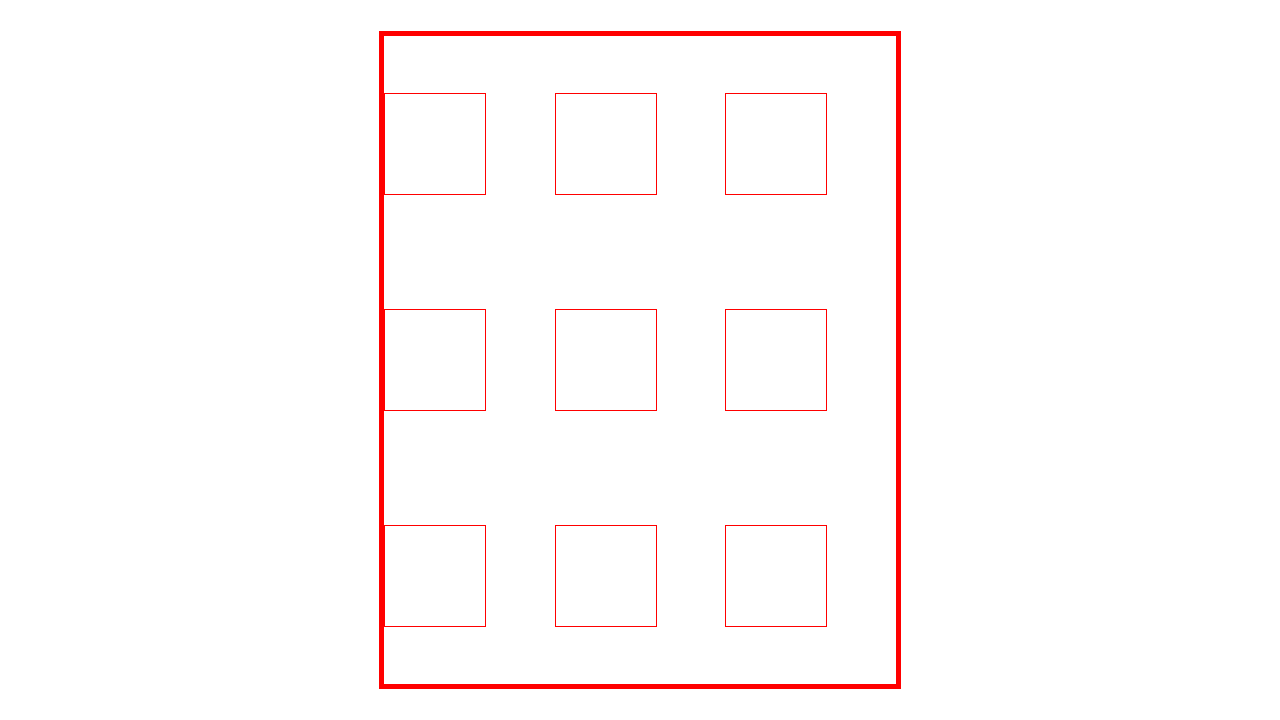
Repository: kocokoy/TOP-tic-tac-toe
Page: index.html
The author's editor kept a copy of each file at every save. The page is drawn from the files as they stood at one save, then again after a run of saves.
The browser window is 1280 px wide. The pictures show the whole page.

Above is the page before, as saved 2024-11-07 14:46:00.

After the next 2 saves:
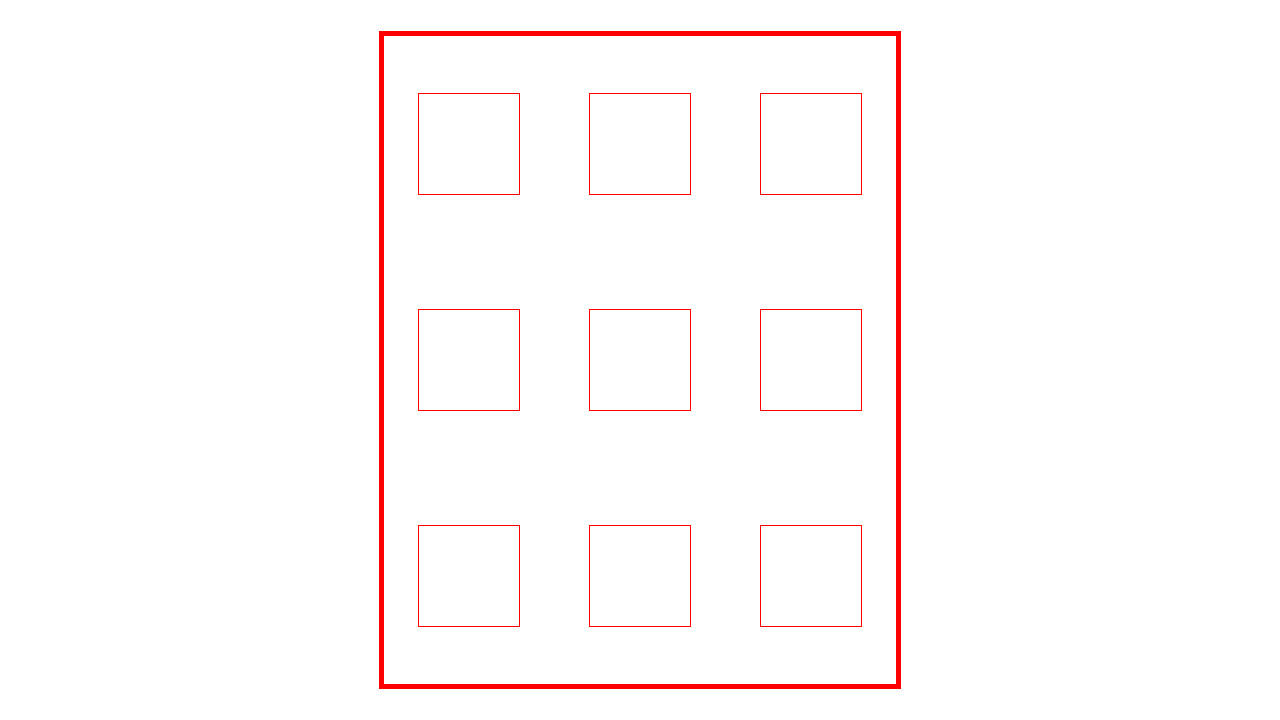
The 2 saves are shown as one change because they came seconds apart.
The last was saved 57 s later.
--- a/styles/style.css
+++ b/styles/style.css
@@ -13,7 +13,7 @@ body{
 .gameboard{
   display: grid;
   grid-template-columns: 1fr 1fr 1fr;
-  justify-content: center;
+  justify-items: center;
   align-items: center;
   border: 5px solid red;
   width: 40%;
